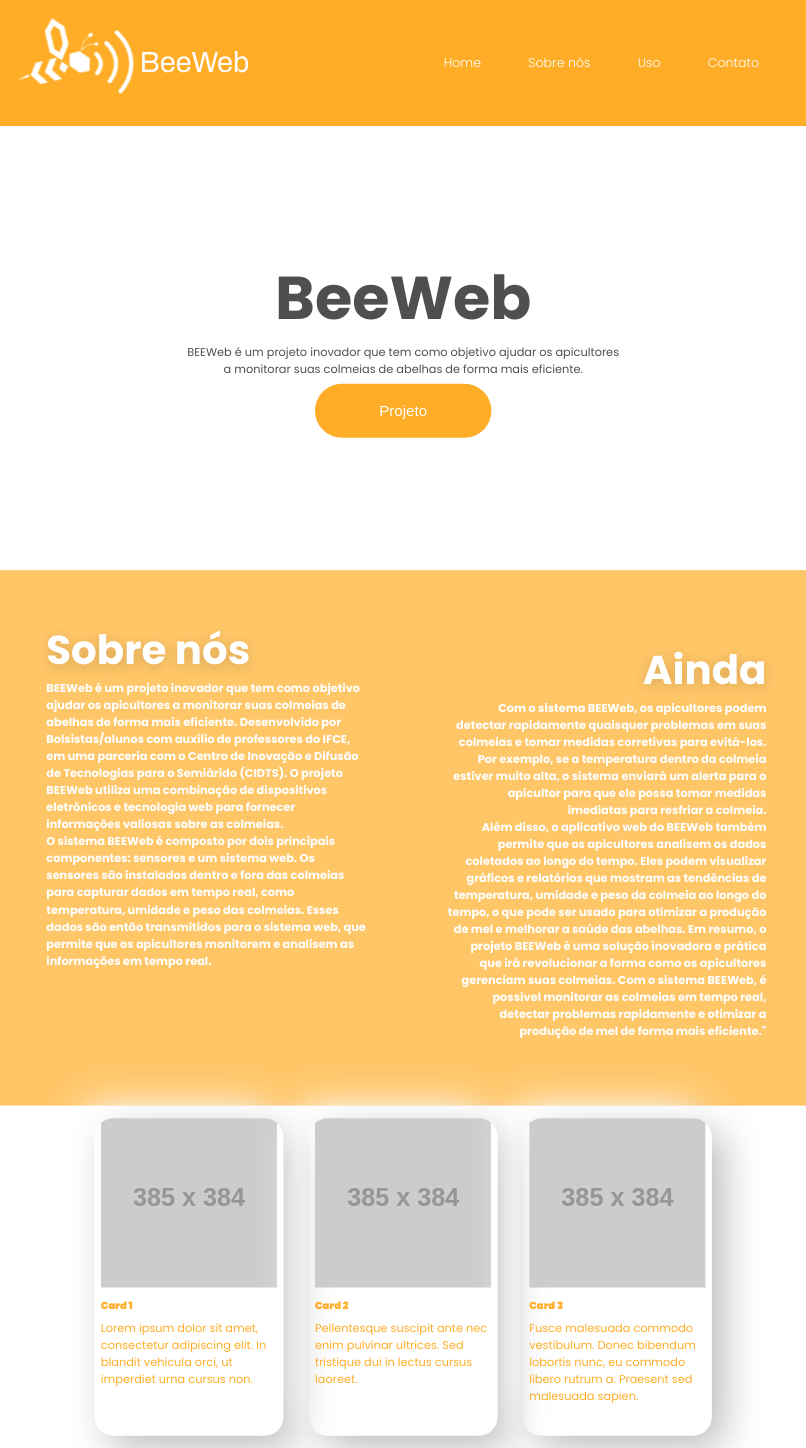
Repository: CCG-web/beeweb
Page: /
An editor plug-in stored every save of this project. The page is shown before and after the next save, followed by the edit.
The browser window is 1280 px wide. The pictures show the whole page, at 63% of full size.
The project was rebuilt for these pictures with package versions that can differ from the ones it lists, and the page was loaded fresh each time.

Above is the page before, as saved 2023-05-04 15:30:21.

After the next save:
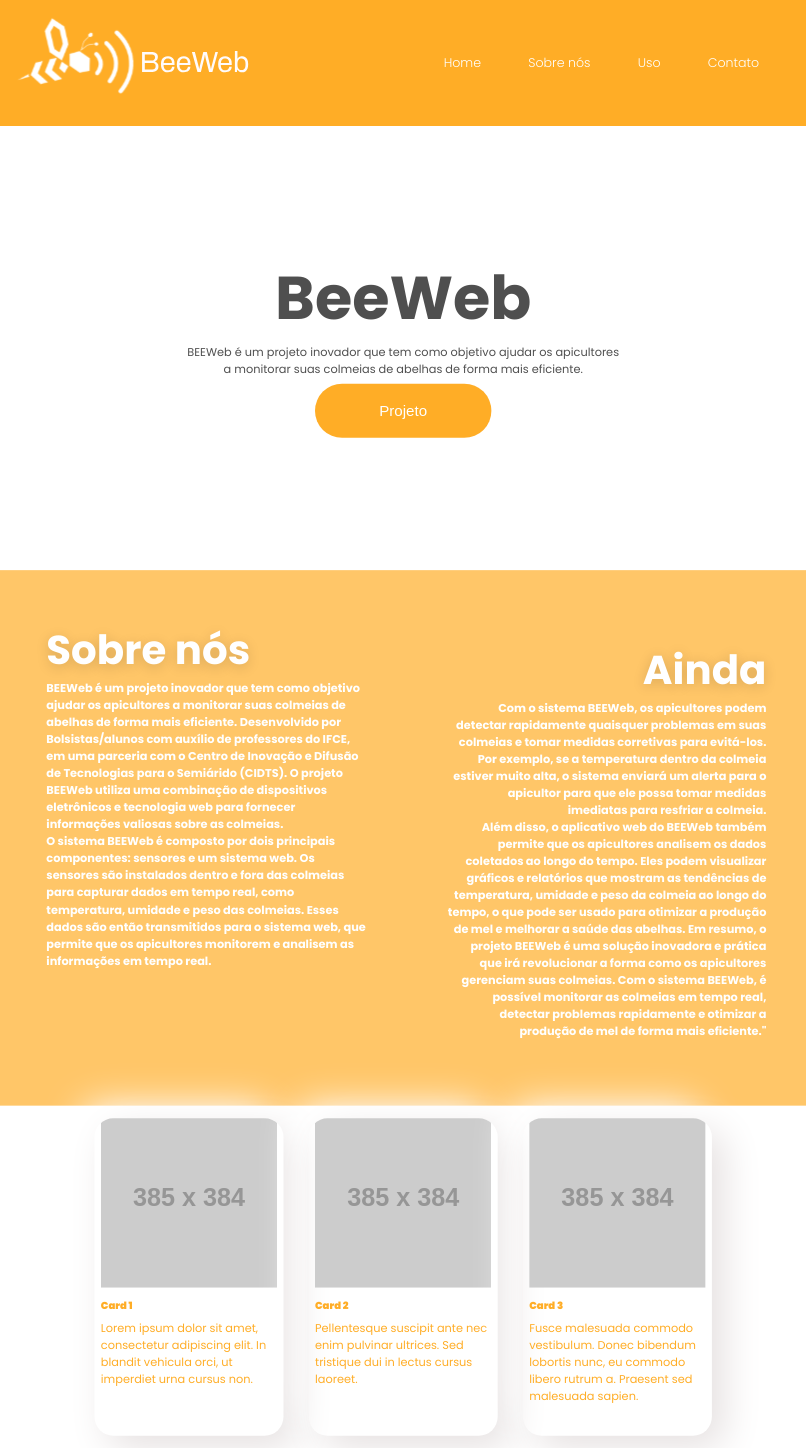
Saved 7 min 40 s later.
--- a/src/components/Cards.css
+++ b/src/components/Cards.css
@@ -4,7 +4,7 @@
   height: 504px;
   margin: 20px;
   border-radius: 30px;
-  box-shadow:  20px 20px 60px #bebebe,
+  box-shadow:  20px 20px 60px #e6e1e1,
   -20px -20px 60px #ffffff;
   display: inline-block;
   vertical-align: top;
